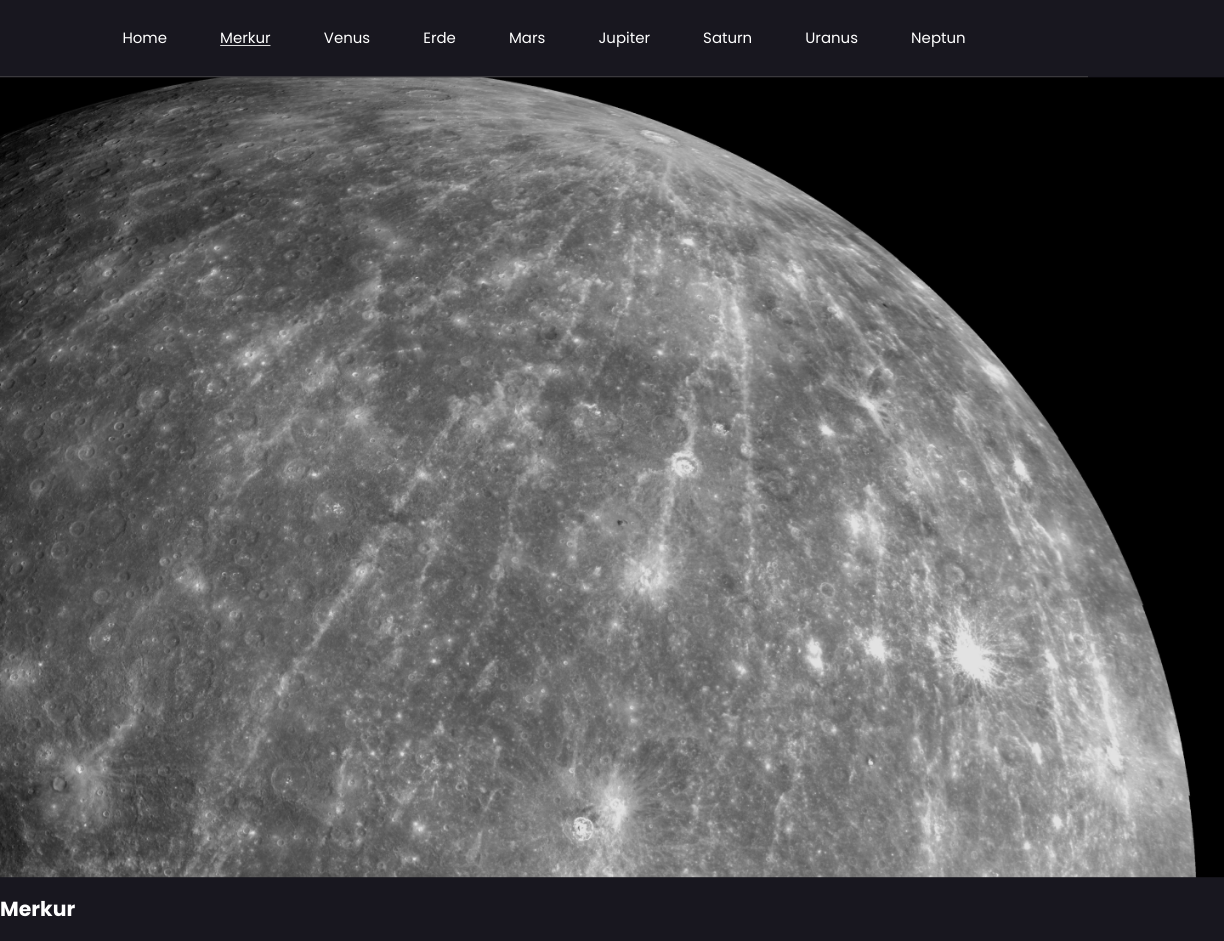
Repository: moreno-livak/solar
Page: dist/html/merkur.html
An editor plug-in stored every save of this project. The page is shown before and after the next save, followed by the edit.
The browser window is 1280 px wide. The page is 1440 px wide, then 1280 px, so the pictures cover 1440 px, including what lies to the right of the window. The pictures show the whole page, at 85% of full size.
The style sheet was rebuilt from its Sass, Less or Tailwind sources for each picture, by a compiler version that may differ from the author's.

Above is the page before, as saved 2022-05-07 12:40:24.
Console error: TypeError: Cannot read properties of null (reading 'getAttribute')

After the next save:
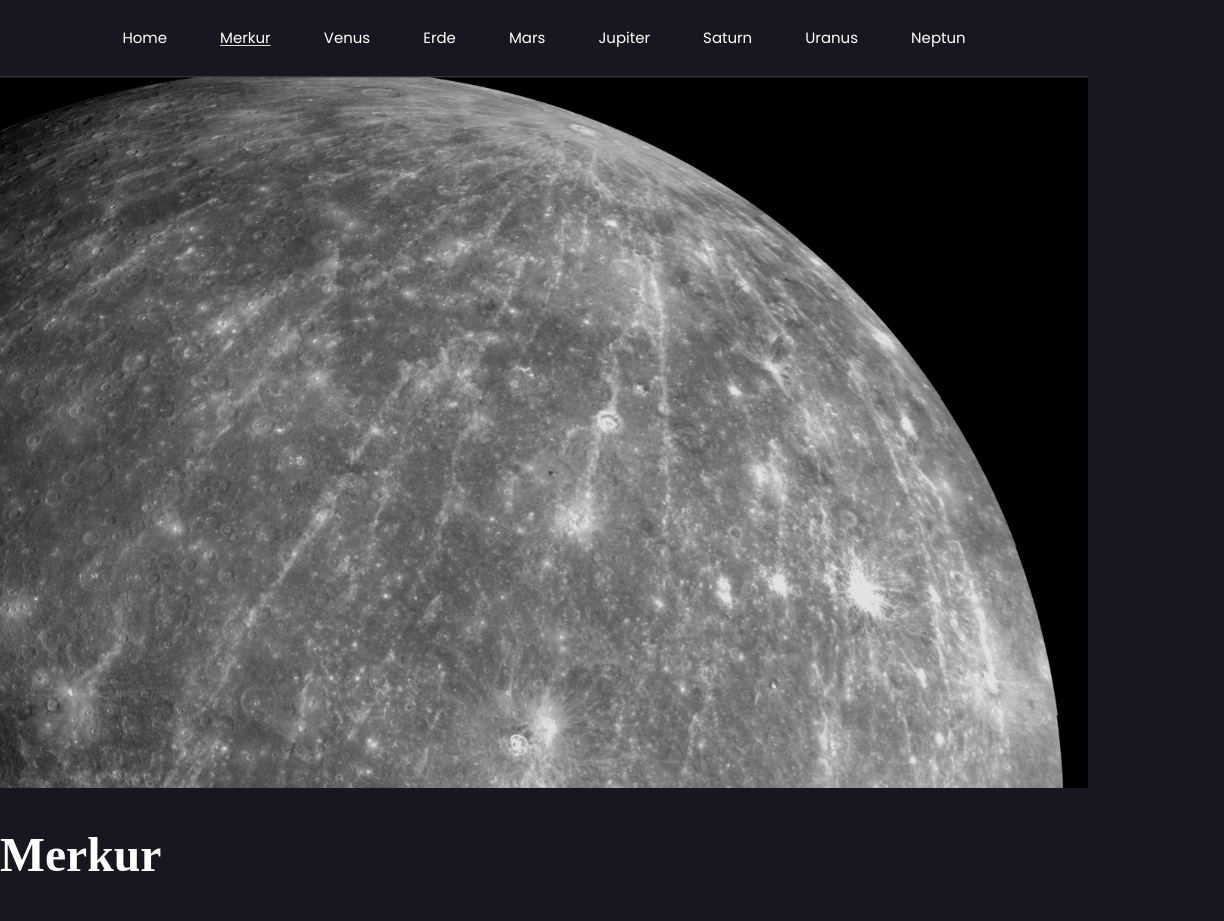
Saved 15 s later.
--- a/src/scss/home.scss
+++ b/src/scss/home.scss
@@ -505,12 +505,12 @@ div.sketchfab-embed-wrapper{
       display: grid;
 
     img{
-      width: 100%,
-      h1{
+      width: 100%
+    }
+    h1{
         font-size: $main-title;
         font-family: 'Playfair-Display'
       }
-    }
   }
 
 /*Media Queries*/
